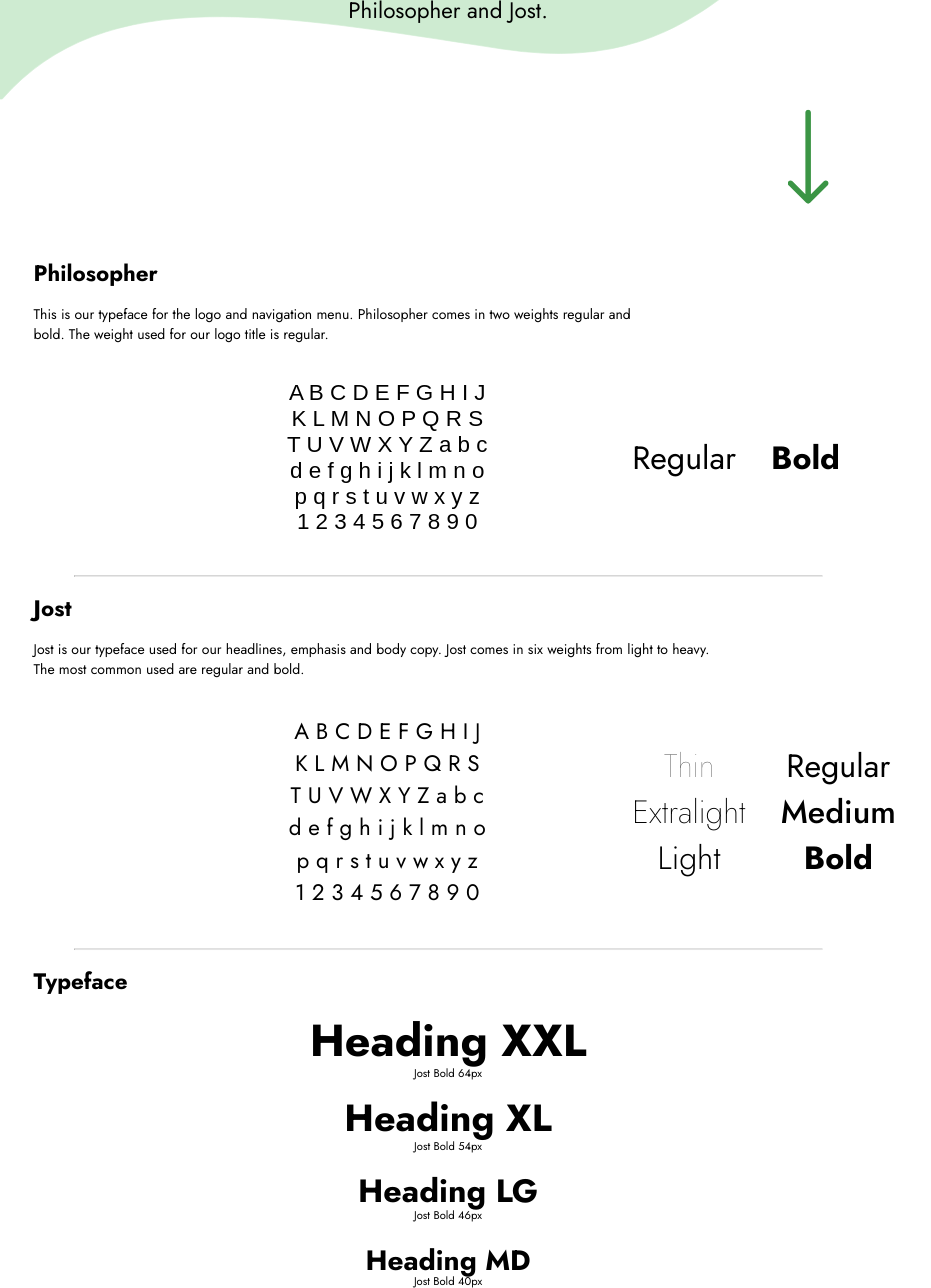
Repository: jjennbui/seedsprout_styleguide
Page: pages/typography.html
An editor plug-in stored every save of this project. The page is shown before and after the next save, followed by the edit.
The browser window is 1280 px wide. The page is 1330 px wide, so the pictures cover 1330 px, including what lies to the right of the window. The pictures show the part of the page from y = 355 to 2195 px (the page is 2914 px tall), at 70% of full size.
Some web fonts or font styles are not loaded; a fallback is used.

Above is the page before, as saved 2023-03-11 00:39:49.

### pages/typography.html
<!DOCTYPE html>
<html lang="en">

<head>
    <meta charset="UTF-8">
    <meta http-equiv="X-UA-Compatible" content="IE=edge">
    <meta name="viewport" content="width=device-width, initial-scale=1.0">
    <link rel="stylesheet" href="../styles/typography.css">
    <title>Seed Sprout Styleguide</title>
</head>

<body>
    <main class="main">
        <!--Nav Bar-->
        <header>
            <div class="navBar_container">
                <div class="navBar_logo_container">
                    <img src="../public/logo/Logo.svg" width="30" />
                </div>
                <div class="navBar_links_container">
                    <a class="navBar_links" href="./index.html">
                        <h1>Home</h1>
                    </a>
                    <a class="navBar_links" href="./logo.html">
                        <h1>Logo</h1>
                    </a>
                    <a class="navBar_links" href="./typography.html">
                        <h1>Typography</h1>
                    </a>
                    <a class="navBar_links" href="./colorPalette.html">
                        <h1>Color Palette</h1>
                    </a>
                    <a class="navBar_links" href="./iconsAndGraphics.html">
                        <h1>Icons and Graphics</h1>
                    </a>
                </div>
            </div>
        </header>

        <!--body content-->

        <div class="home_content_header">
            <div>
                <h1 class="home_content_headerone"> Typography</h1>
            </div>
            <div class="home_content_headertwo"> Meet our typeface: <br> Philosopher and Jost. </div>
            <div class="intro_arrow_container">
                <a href="#primary"> <img src="../public/icons/downarrow.svg" height="135" alt="" /></a>
            </div>
        </div>

        <!--Philosopher-->


        </div class="typo_header"><h1>Philosopher</h1></div>
        <div class="typo_body">This is our typeface for the logo and navigation menu. Philosopher comes in two weights regular and <br> bold. The weight used for our logo title is regular.</div>
        <div class="typo_typeface">
            <div class="typo_philo_letters">A B C D E F G H I J <br> K L M N O P Q R S <br> T U V W X Y Z a b c<br> d e f g h i j k l m n o<br> p q r s t u v w x y z<br> 1 2 3 4 5 6 7 8 9 0 </div>
            <div class="type_fontstyle">
                <div class="typo_reg"> Regular </div>
                <div class="typo_bold"> Bold </div>
            </div>
        </div>

        <hr class="divider" width="1067px">

        <!--Jost-->

    </div class="typo_header"><h1>Jost</h1></div>
    <div class="typo_body">Jost is our typeface used for our headlines, emphasis and body copy. Jost comes in six weights from light to heavy. <br>
        The most common used are regular and bold.     </div>

    <div class="typo_typeface">
        <div class="typo_jost_letters">A B C D E F G H I J <br> K L M N O P Q R S <br> T U V W X Y Z a b c<br> d e f g h i j k l m n o<br> p q r s t u v w x y z<br> 1 2 3 4 5 6 7 8 9 0 </div>
        <div class="type_fontstyle">
            <div>
                <div class="typo_thin"> Thin </div>
                <div class="typo_extralight"> Extralight </div>
                <div class="typo_light"> Light </div>
            </div>
           <div>
            <div class="typo_reg"> Regular </div>
            <div class="typo_medium">Medium </div>
            <div class="typo_bold"> Bold </div>
           </div>

        </div>
    </div>

    <hr class="divider" width="1067px">

    <!--typeface-->

    <div class="typeface_header"> <h1>Typeface</h1> </div>

    <div>
        <div class="typeface_text"><h1 class="typeface_headerxxl">Heading XXL</h1>
            <p class="typeface_texttwo"> Jost Bold 64px</p>
     </div>

     <div class="typeface_text"><h1 class="typeface_headerxl">Heading XL</h1>
        <p class="typeface_texttwo"> Jost Bold 54px</p>
 </div>

 <div class="typeface_text"><h1 class="typeface_headerlg">Heading LG</h1>
    <p class="typeface_texttwo"> Jost Bold 46px</p>
</div>

<div class="typeface_text"><h1 class="typeface_headermd">Heading MD</h1>
    <p class="typeface_texttwo"> Jost Bold 40px</p>
</div>

<div class="typeface_text"><h1 class="typeface_headersm">Heading SM</h1>
    <p class="typeface_texttwo"> Jost Bold 34px</p>
</div>

<div class="typeface_text"><h1 class="typeface_headerxs">Heading XS</h1>
    <p class="typeface_texttwo"> Jost Bold 24px</p>
</div>

<div class="typeface_text"><h1 class="typeface_bodylg">Body LG</h1>
    <p class="typeface_texttwo"> Jost Bold 40px</p>
</div>

<div class="typeface_text"><h1 class="typeface_bodymd">Body MD</h1>
    <p class="typeface_texttwo"> Jost Bold 32px</p>
</div>

<div class="typeface_text"><h1 class="typeface_bodysm">Body SM</h1>
    <p class="typeface_texttwo"> Jost Bold 20px</p>
</div>

<div class="typeface_text"><h1 class="typeface_bodyxs">Body XS</h1>
    <p class="typeface_texttwo"> Jost Bold 16px</p>
</div>

<div class="typeface_text"><h1 class="typeface_navmenu">Navigation Menu</h1>
    <p class="typeface_texttwo"> Philosopher Regular 32px</p>
</div>



    </div>
</section>





    </main>
</body>

</html>

### styles/typography.css
@import url('https://fonts.googleapis.com/css2?family=Jost:ital,wght@0,100;0,200;0,300;0,400;0,500;0,600;0,700;0,800;0,900;1,100;1,200;1,300;1,400;1,500;1,600;1,700;1,800;1,900&display=swap');
@import url('https://fonts.googleapis.com/css2?family=Philosopher:ital,wght@0,400;0,700;1,400;1,700&display=swap');

body {
    background-image: url(../public/background-img/background.svg);
    background-size: contain;
    background-repeat: no-repeat;
    font-family: 'Jost', sans-serif;
    font-size: 16px;
    padding: 3rem;
    margin: 0;

}

/**Colors*/
:root {
    --lightGreen: #EBFFEE;
    --mantisGreen: #5FBF6A;
    --sproutGreen: #3B9545;
    --polyGreen: #1D4923;
    --chocolateBrown: #844D0B;
    --seedBrown: #603808;
    --darkBrown: #392105;
    --vegeOrange: #FF8800;
    --fruitBlue: #4F86F7;
}

/**contains everything in the body*/


/**First div that holds the entire navBar*/
.navBar_container {
    width: 100%;
    background: var(--mantisGreen);
    opacity: 0.9;
    gap: 1rem;
    margin: 0;
    border-radius: 3rem;
    display: flex;
}

/**container than holds the logo in the navBar*/
.navBar_logo_container {
    display: flex;
    justify-content: center;
    align-items: center;
    background-color: var(--lightGreen);
    border-radius: 3rem;
    padding: 0.5rem;
    width: 8%;
}

/**Container that holds all the links in the navBar*/
.navBar_links_container {
    display: flex;
    align-items: center;
    justify-content: space-around;
    flex-grow: 1;
    flex-wrap: wrap;
}

/**links in the navBar*/
.navBar_links {
    font-family: 'philosopher', sans-serif;
    text-decoration: none;
    color: black;
    font-size: 0.8rem;
}


/**header*/
.home_content_headerone {
    font-family: 'Jost', sans-serif;
    font-size: 64px;


}

.home_content_headertwo {
    font-family: 'Jost', sans-serif;
    text-align: center;
    margin-top: 10px;
    font-size: 32px;

}

.home_content_header {
    display: flex;
    flex-direction: column;
}

.intro_arrow_container {
    display: flex;
    justify-content: flex-end;
    align-items: center;
    padding: 3rem;
    padding-top: 10%;
}

/** typography fonts */
.typo_header {
    font-size: 40px;
}

.typo_philo_letters {
    font-family: 'philosopher', sans-serif;
    font-size: 32px;
    min-width: 300px;
}

.typo_bold {
    font-weight: bold;
}

.type_fontstyle {
    display: flex;
    gap: 50px;
    font-size: 46px;
    margin: 0px;
}

.typo_typeface {
    align-items: center;
    display: inline-grid;
    grid-auto-flow: column;
    text-align: center;
    gap: 200px;
    margin: 50px;
    margin-left: 30%;

}

.typo_body {
    font-size: 20px;
}

.typo_thin {
    font-weight: 100;
}

.typo_extralight {
    font-weight: 200;
}

.typo_light {
    font-weight: 300;
}

.typo_medium {
    font-weight: 500;
}

.typo_jost_letters {
    font-family: 'Jost', sans-serif;
    font-size: 32px;
    min-width: 300px;
}

.typeface_text {
    line-height: 4px;
    margin: 60px;
    text-align: center;
}


/** typeface */
.typeface_headerxxl {
    font-size: 64px;
    font-weight: 700;

}

.typeface_headerxl {
    font-size: 54px;
    font-weight: 700;

}

.typeface_headerlg {
    font-size: 46px;
    font-weight: 700;
}

.typeface_headermd {
    font-size: 40px;
    font-weight: 700;
}

.typeface_headersm {
    font-size: 34px;
    font-weight: 700;
}

.typeface_headerxs {
    font-size: 24px;
    font-weight: 700;
}

.typeface_bodylg {
    font-size: 40px;
    font-weight: 400;
}


.typeface_bodymd {
    font-size: 32px;
    font-weight: 400;
}


.typeface_bodysm {
    font-size: 20px;
    font-weight: 400;
}


.typeface_bodyxs {
    font-size: 16px;
    font-weight: 400;
}


.typeface_navmenu {
    font-size: 32px;
    font-weight: 400;
    font-family: 'philosopher', sans-serif;
}



@media only screen and (max-width: 650px) {
    .typo_typeface {
        margin-left: 25px;
    }

    .typeface_headerxxl {
        line-height: 50pt;
        margin-bottom: 10px;
    }

    .typeface_headerxl {
        line-height: 50pt;
        margin-bottom: 10px;
    }

    .divider{
        width: 300px;
    }


}

@media only screen and (max-width: 1250px) {
    .typo_typeface {
        flex-wrap: wrap;
        grid-auto-flow: row;
        gap: 20px;

    }

}

After the next save:
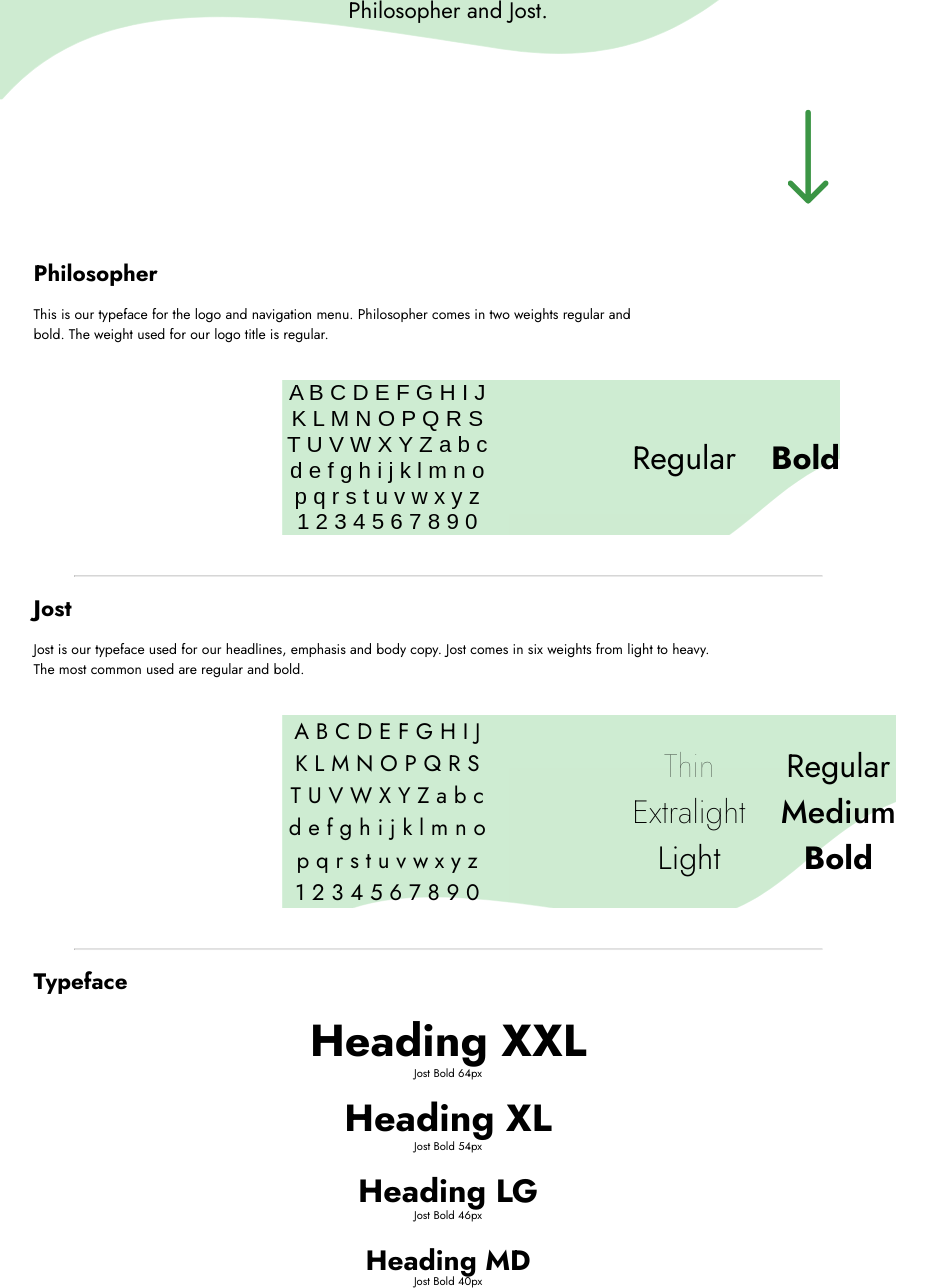
Saved 11 s later.
--- a/styles/typography.css
+++ b/styles/typography.css
@@ -120,6 +120,8 @@
 }
 
 .typo_typeface {
+    background-image: url(../public/background-img/background.svg);
+    background-size:cover;
     align-items: center;
     display: inline-grid;
     grid-auto-flow: column;

After the save that followed:
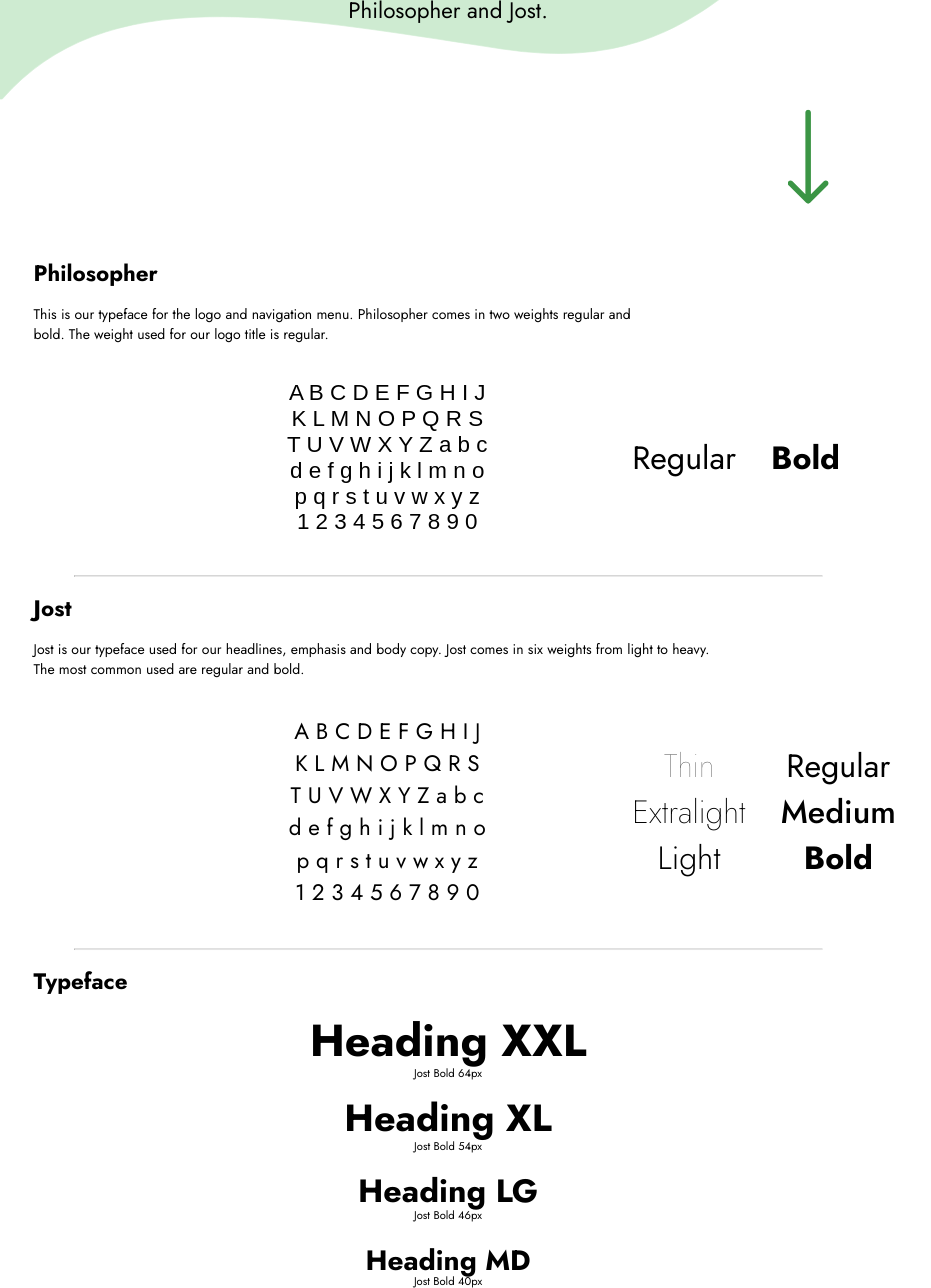
Saved 11 s later.
--- a/styles/typography.css
+++ b/styles/typography.css
@@ -120,8 +120,7 @@
 }
 
 .typo_typeface {
-    background-image: url(../public/background-img/background.svg);
-    background-size:cover;
+
     align-items: center;
     display: inline-grid;
     grid-auto-flow: column;
